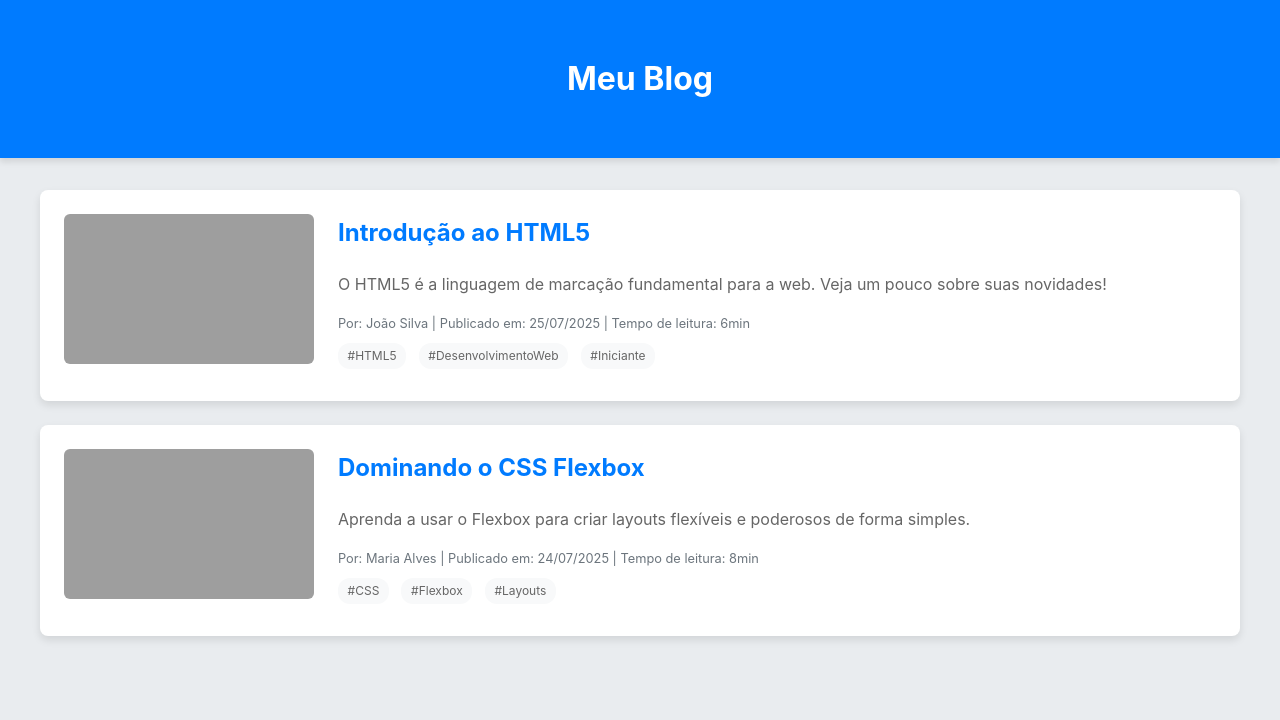
Repository: douglasabnovato/aprender-programar
Page: index.html
These files come from the project's save history. The page is drawn as it stood at one moment and after the next save; the edit follows.
The browser window is 1280 px wide. The pictures show the whole page.
Pictures or frames that could not be fetched are drawn as grey boxes.

Above is the page before, as saved 2025-08-01 14:49:06.

After the next save:
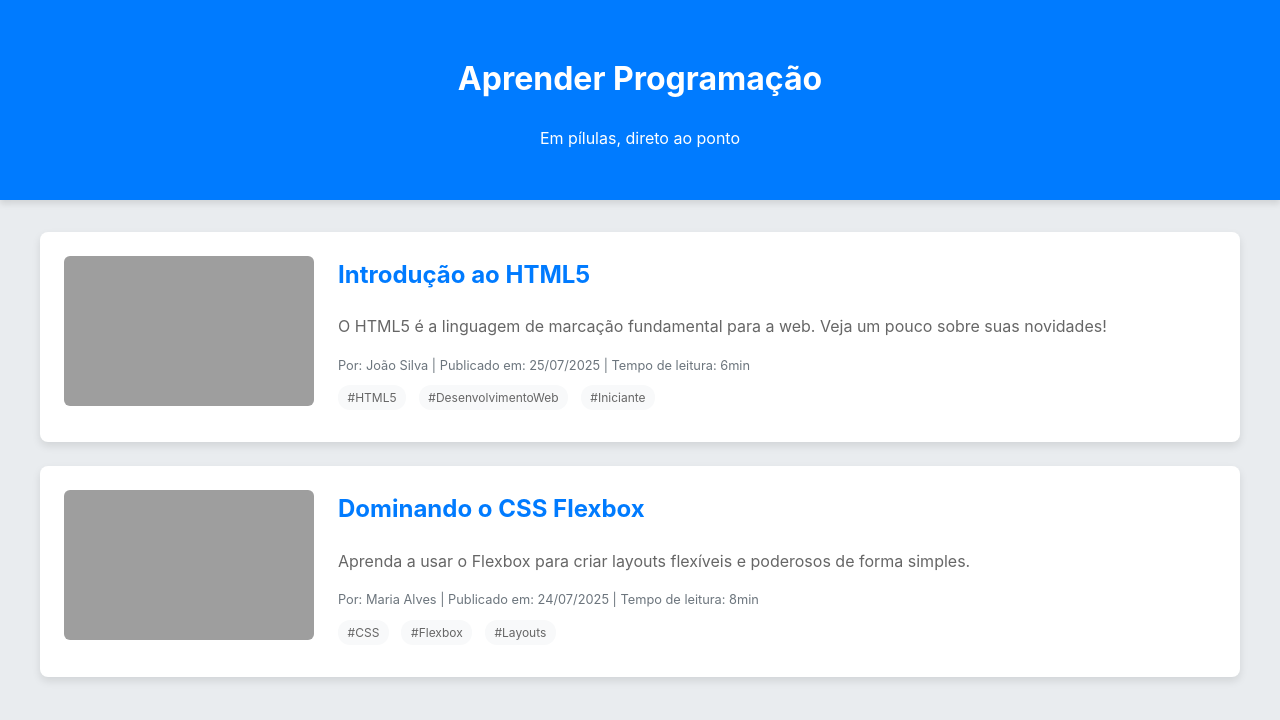
Saved 24 s later.
--- a/index.html
+++ b/index.html
@@ -8,7 +8,8 @@
   </head>
   <body>
     <header>
-      <h1>Meu Blog</h1>
+      <h1>Aprender Programação</h1>
+      <p>Em pílulas, direto ao ponto</p>
     </header>
 
     <main class="container">
